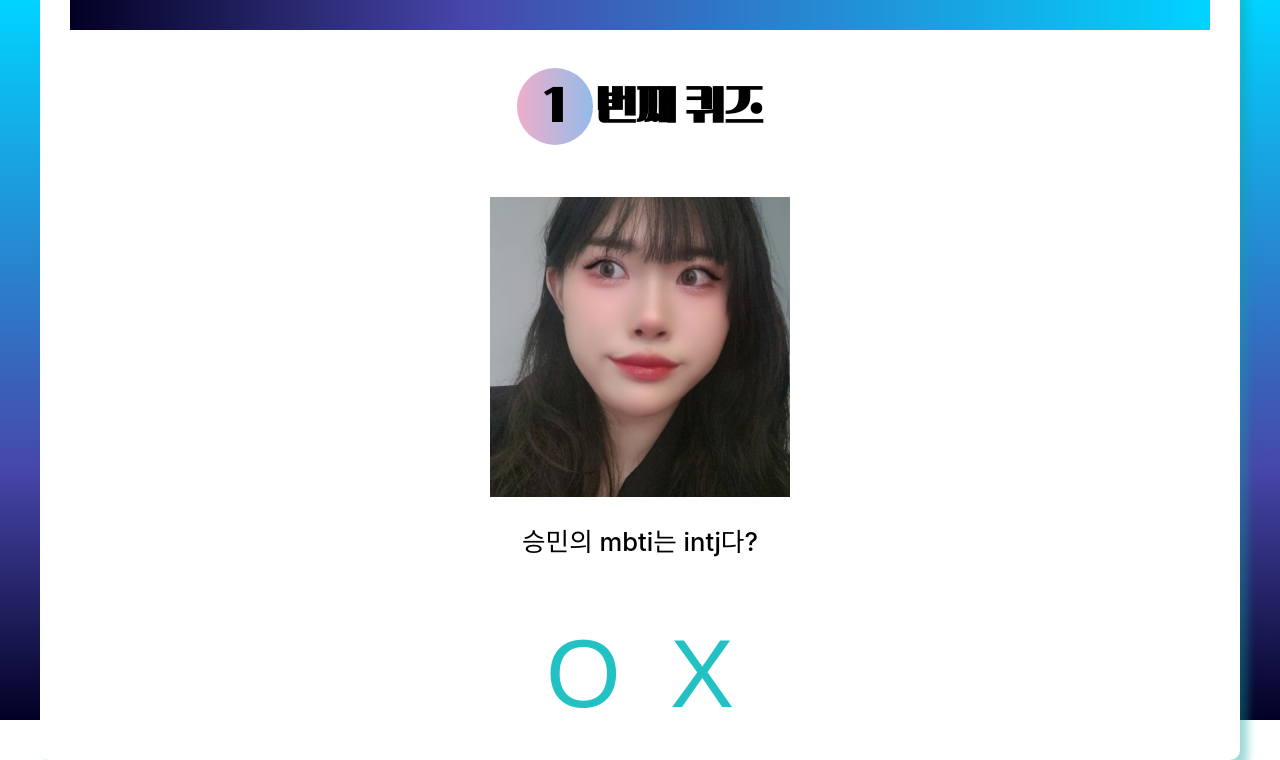
Repository: dnjfht/quiz3
Page: /quiz
These files come from the project's save history. The page is drawn as it stood at one moment and after the next save; the edit follows.
The browser window is 1280 px wide. The pictures show the whole page.
The project was rebuilt for these pictures with package versions that can differ from the ones it lists, and the page was loaded fresh each time. Also part of the build but not shown: src/components/Start.js, src/components/Score.js, src/components/Message.js, src/components/Ranking.js, src/components/NotPage.js.

Above is the page before, as saved 2023-04-15 23:17:59.

After the next save:
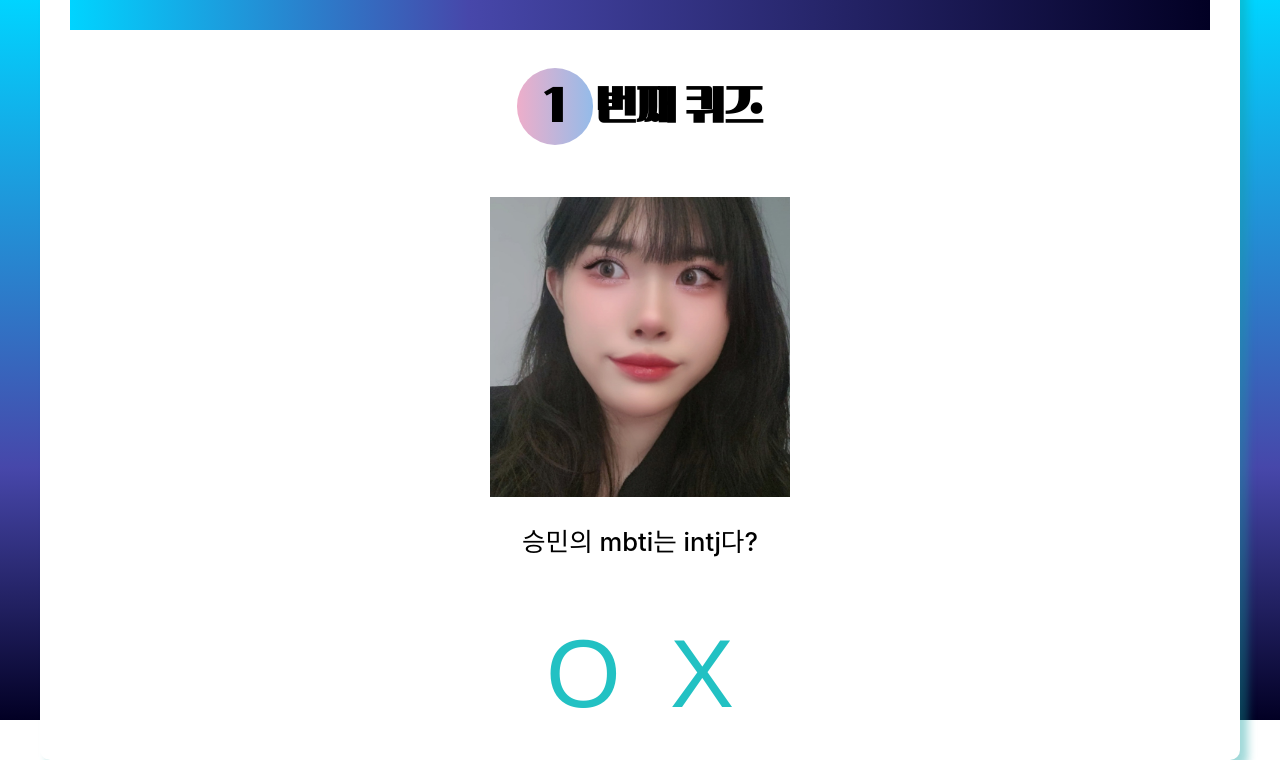
Saved 15 s later.
--- a/src/components/Progress.js
+++ b/src/components/Progress.js
@@ -8,9 +8,9 @@ const Wrap = styled.div`
   background: rgb(2, 0, 36);
   background: linear-gradient(
     90deg,
-    rgba(2, 0, 36, 1) 0%,
+    rgba(0, 212, 255, 1) 0%,
     rgba(71, 71, 170, 1) 35%,
-    rgba(0, 212, 255, 1) 100%
+    rgba(2, 0, 36, 1) 100%
   );
 `;
 
